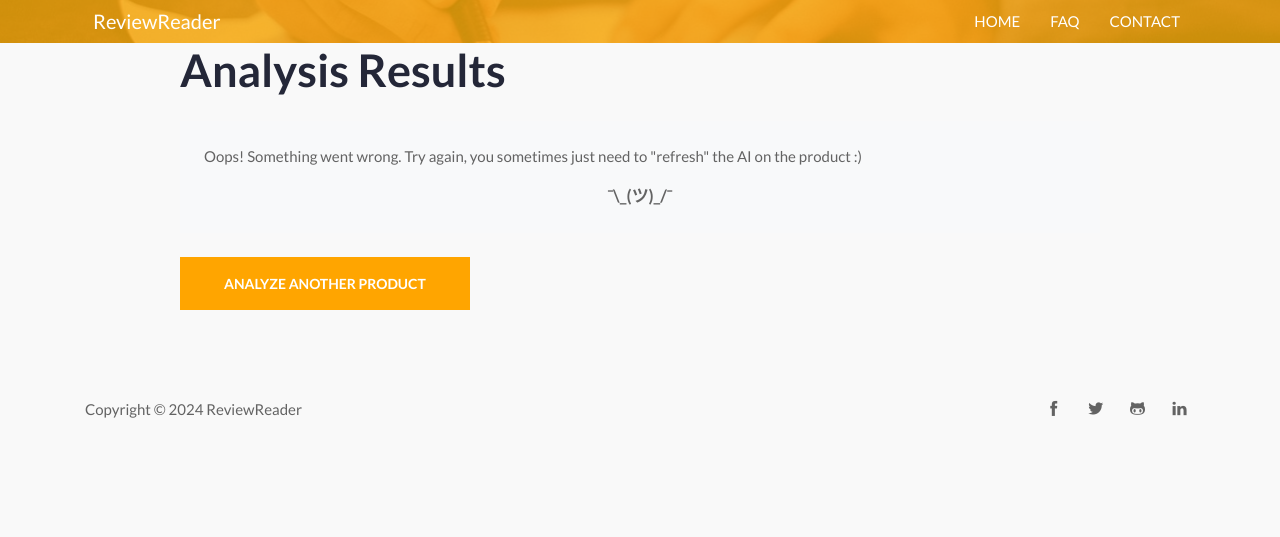
Repository: AlexThyCoolest/ReviewReader
Page: templates/results.html
The author's editor kept a copy of each file at every save. The page is drawn from the files as they stood at one save, then again after the next save.
The browser window is 1280 px wide. The pictures show the whole page.
The page is served by the project's application, run on Flask 3 (main.py). The template is opened directly, without the code that normally fills it, so the values that code supplies are empty.

Above is the page before, as saved 2024-07-23 13:38:16.

After the next save:
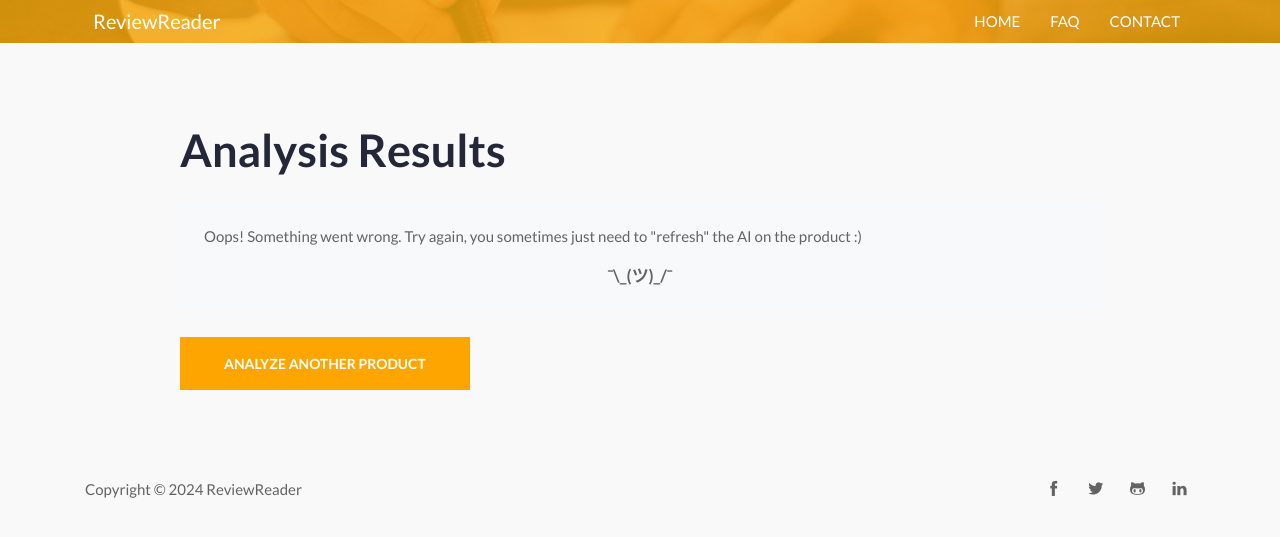
Saved 34 s later.
--- a/OYT/templates/results.html
+++ b/OYT/templates/results.html
@@ -37,6 +37,10 @@
 
         .text-primary {
             color: var(--primary-color) !important;
+        }
+
+        .single-page {
+            margin-top: 80px;
         }
     </style>
 </head>
